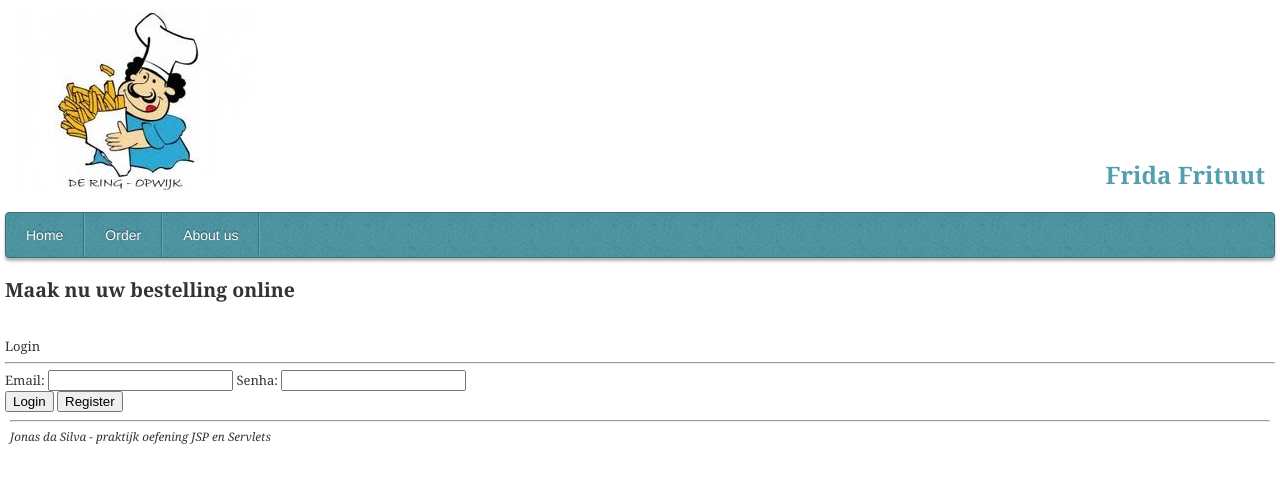
Repository: Projetos-intec/workspace-JavaWebJSP
Page: http://localhost/FrituurFrida/order.jsp
The author's editor kept a copy of each file at every save. The page is drawn from the files as they stood at one save, then again after the next save.
The browser window is 1280 px wide. The pictures show the whole page.
The page is served by Tomcat 9. Other server files are loaded and not shown.

Above is the page before, as saved 2014-09-17 10:40:54.

### FrituurFrida/WebContent/order.jsp
<%@ page language="java" contentType="text/html; charset=ISO-8859-1"
	pageEncoding="ISO-8859-1"%>
<!DOCTYPE html PUBLIC "-//W3C//DTD HTML 4.01 Transitional//EN" "http://www.w3.org/TR/html4/loose.dtd">
<html>
<head>
<head>
<meta http-equiv="Content-Type" content="text/html; charset=ISO-8859-1">
<title>Welkom bij Frituur Frida</title>
<link rel='stylesheet' href='styles/default.css' />
</head>
<body>
	<header>
	<div id='logo'>
		<img src='images/logo.jpg' alt='Frituur Frida' />
	</div>
	<div id='demotitel'>

		<h1>Frida Frituut</h1>
	</div>
	</header>
	<nav>
	<ul>
		<li><a href='welkom'>Home</a></li>
		<li><a href='order.jsp'>Order</a></li>
		<li><a href='aboutus.jsp'>About us</a></li>
	</ul>
	</nav>
	<article>
	<h2>Maak nu uw bestelling online</h2>
	<br />
	Login
	<hr />
	<form action="AddUsuario" method="POST">
		Email: <input type="email" name="email" /> Senha: <input
			type="password" name="senha" /> <br /> <input type="submit"
			value="Login" />  <input type="button" value="Register" />
	</form>

	<footer>
	<hr />
	Jonas da Silva - praktijk oefening JSP en Servlets </footer>
</body>
</html>

### FrituurFrida/WebContent/styles/default.css
body {
	font-family: Georgia, "Times New Roman", Times, serif;
	font-size: 13px;
	color: #333;
	background-color: #FFF;
	margin: 0;
	padding: 0;
}

p {
	padding: 10px;
}

h1 {
	font-size: 24px;
	color: #539FAD;
}

table {
	margin: 1em 0;
	border-collapse: collapse;

}

table caption {
	text-align: left;
	font-weight: bold;
	padding: 0 0 .3em;
	color: #003d5d;
}

table td,table th {
	text-align: left;
	border: 1px solid #b1d2e4;
	padding: 3px 20px;
	vertical-align: top;
}

table th {
	font-weight: bold;
    background: #EEE url(pattern.png) top left repeat;
}

table thead th {
	background: #ecf7fd;
}

header {
	height: 200px;
}

nav {
	width: auto;
	margin: 0 5px 0 5px;
}

nav ul,
nav li nav a {
  list-style: none;
  margin: 0;
  padding: 0;
  border: 0;
  font-size: 14px;
  font-family: Helvetica;
  line-height: 1;
}

nav ul {
  zoom: 1;
  background: #539fad url(pattern.png) top left repeat;
  -webkit-border-radius: 4px;
  -moz-border-radius: 4px;
  border-radius: 4px;
  border: 1px solid #3a707a;
  -moz-box-shadow: 0 3px 3px rgba(0, 0, 0, 0.3);
  -webkit-box-shadow: 0 3px 3px rgba(0, 0, 0, 0.3);
  box-shadow: 0 3px 3px rgba(0, 0, 0, 0.3);
}
nav ul:before {
  content: '';
  display: block;
}
nav ul:after {
  content: '';
  display: table;
  clear: both;
}
nav a,
nav a:link,
nav a:visited {
  padding: 15px 20px;
  display: block;
  text-decoration: none;
  color: #ffffff;
  text-shadow: 0 -1px 1px #214046;
  border-right: 1px solid #3a707a;
}
nav a:hover {
  color: #214046;
  text-shadow: 0 1px 1px #76b2bd;
}
nav li {
  float: left;
  border-right: 1px solid #64a9b5;
}
nav li:hover {
  background: #4a8f9c url(pattern.png) top left repeat;
}
nav li:first-child {
  border-left: none;
  -webkit-border-radius: 4px 0 0 4px;
  -moz-border-radius: 4px 0 0 4px;
  border-radius: 4px 0 0 4px;
}

header, article, footer {
	padding: 2px 5px 10px 5px;
}

footer {
	font-style: italic;
	font-size: 0.9em;
}

#logo {
	margin: 10px 0 -23px 10px;
	float: left;
}

#demotitel {
	margin: 140px 10px 0 0;
	float: right;

}

After the next save:
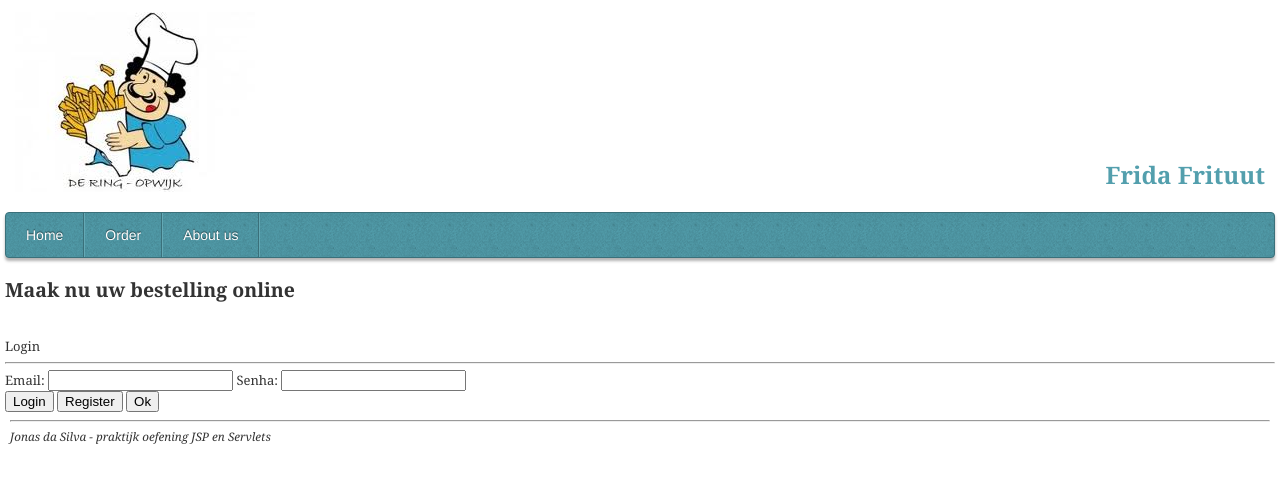
Saved 74 s later.
--- a/FrituurFrida/WebContent/order.jsp
+++ b/FrituurFrida/WebContent/order.jsp
@@ -34,6 +34,7 @@
 		Email: <input type="email" name="email" /> Senha: <input
 			type="password" name="senha" /> <br /> <input type="submit"
 			value="Login" />  <input type="button" value="Register" />
+			<input type="button" name="botao-ok" value="Ok">
 	</form>
 
 	<footer>

After the save that followed:
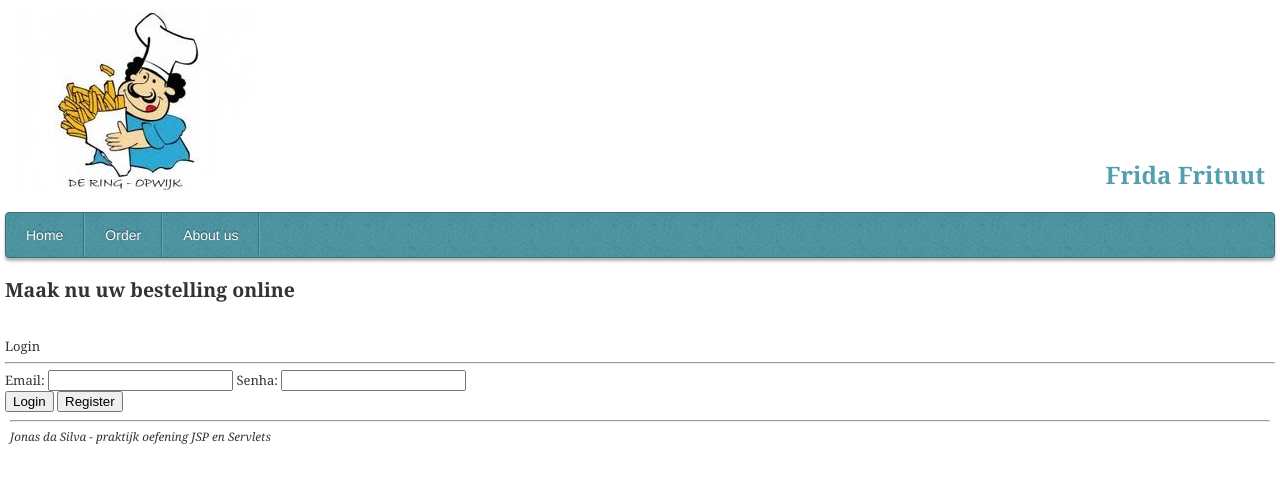
Saved 11 min 37 s later.
--- a/FrituurFrida/WebContent/order.jsp
+++ b/FrituurFrida/WebContent/order.jsp
@@ -33,8 +33,8 @@
 	<form action="AddUsuario" method="POST">
 		Email: <input type="email" name="email" /> Senha: <input
 			type="password" name="senha" /> <br /> <input type="submit"
-			value="Login" />  <input type="button" value="Register" />
-			<input type="button" name="botao-ok" value="Ok">
+			value="Login" />  <input type="button" value="Register" value="register" />
+
 	</form>
 
 	<footer>
